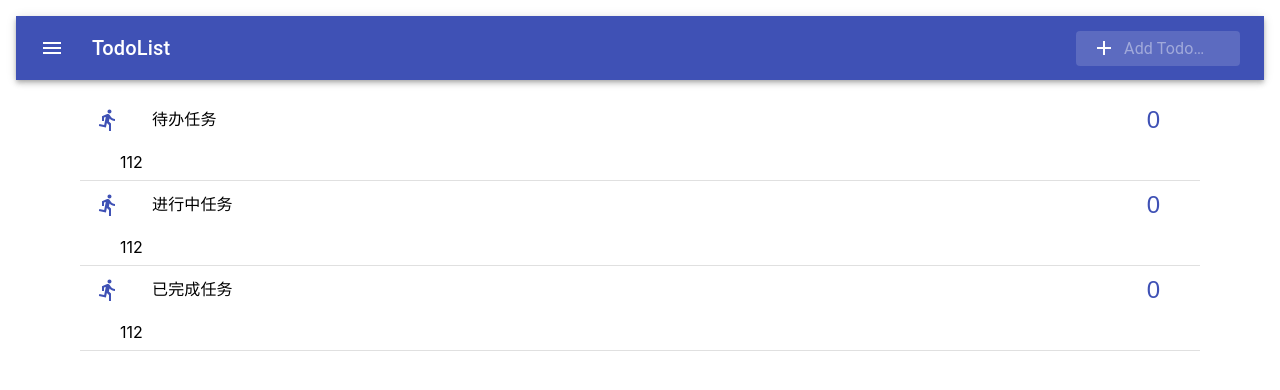
Repository: harperl71/TodoList
Page: /
The author's editor kept a copy of each file at every save. The page is drawn from the files as they stood at one save, then again after the next save.
The browser window is 1280 px wide. The pictures show the whole page.
The project was rebuilt for these pictures with package versions that can differ from the ones it lists, and the page was loaded fresh each time. Also part of the build but not shown: src/components/content/task-item/index.tsx.

Above is the page before, as saved 2021-05-21 14:31:27.

After the next save:
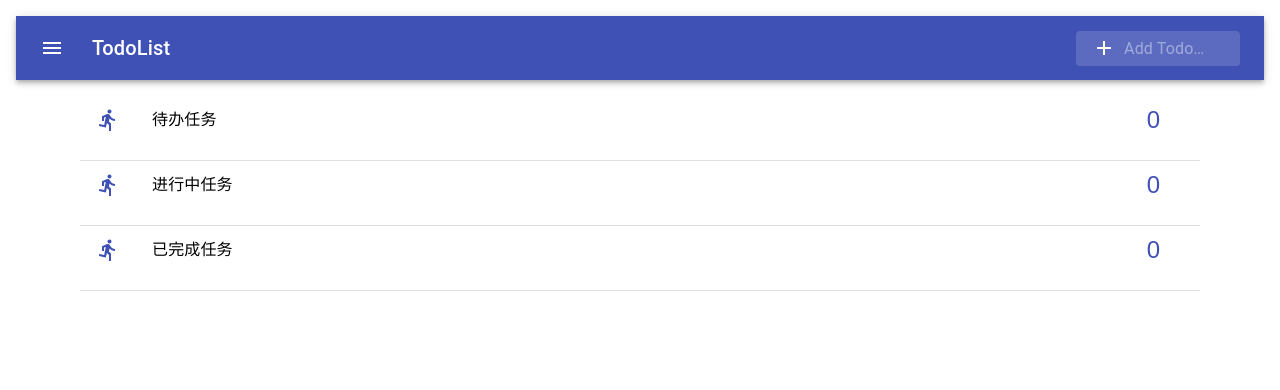
Saved 12 s later.
--- a/src/components/content/task-list/index.tsx
+++ b/src/components/content/task-list/index.tsx
@@ -75,7 +75,6 @@ const TaskList = ({ title, status }: Iprops) => {
             .map((item) => {
               return <TaskItem Item={item} />;
             })}
-          <ul>112</ul>
         </List>
         <Divider />
       </List>
